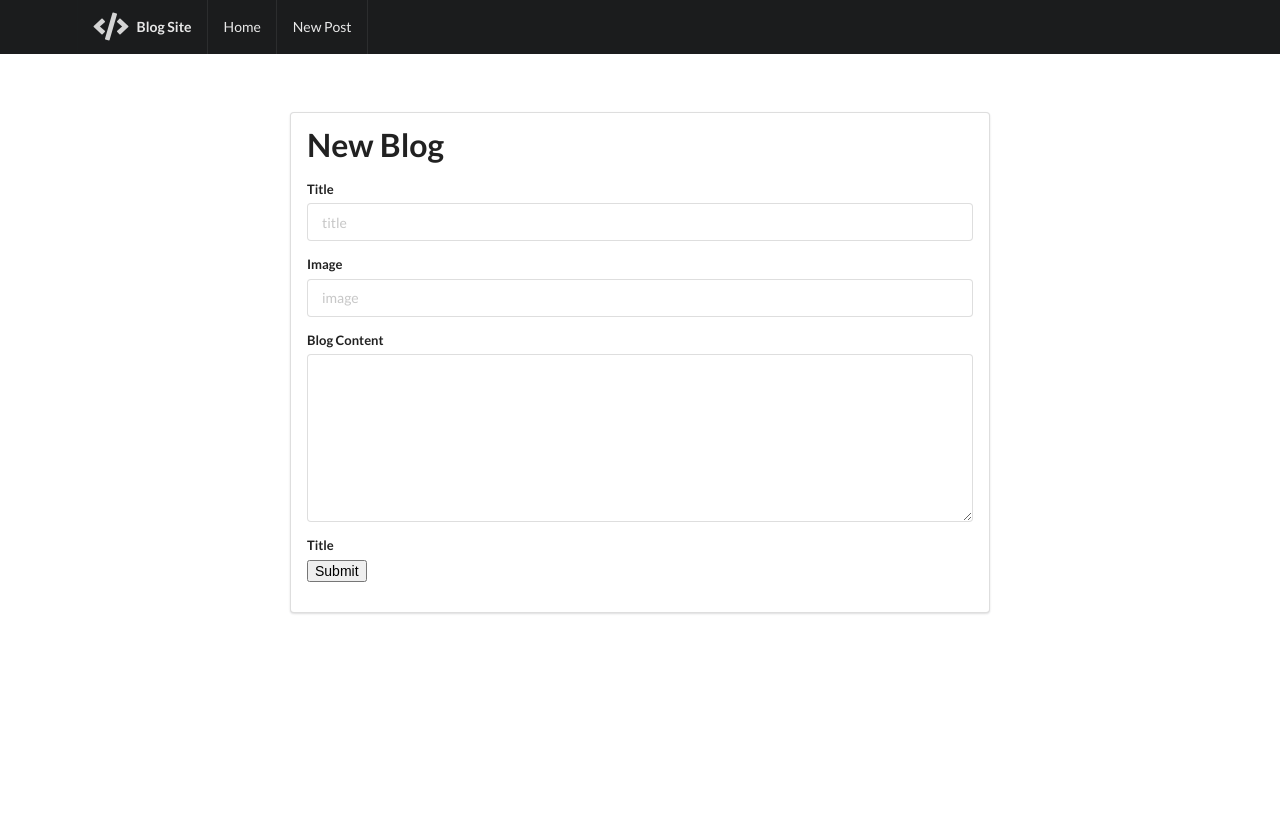
Repository: Bhitt/Cloud9_Projects
Page: http://localhost/blogs/new
The author's editor kept a record of every edit. The page is drawn from the files as they stood at one moment, then again after the next edit.
The browser window is 1280 px wide. The pictures show the whole page.
Some web libraries are served in a nearby version. The page is served by the project's Node server (RESTful Routing/RESTfulBlogApp/app.js).

Above is the page before.

### webdevbootcamp/workspace/RESTful Routing/RESTfulBlogApp/views/new.ejs
<% include ./partials/header %>

<div class="ui main text container segment">
    <div class="ui huge header">New Blog</div>
    <form class="ui form" action="/blogs" method="POST">
        <div class="field">
            <label>Title</label>
            <input type="text" name="blog[title]" placeholder="title">
        </div>
        <div class="field">
            <label>Image</label>
            <input type="text" name="blog[image]" placeholder="image">
        </div>
        <div class="field">
            <label>Blog Content</label>
            <textarea name="blog[body]"></textarea>
        </div>
        <div class="field">
            <label>Title</label>
            <input type="submit">
        </div>
    </form>
</div>

<% include ./partials/footer %>

### webdevbootcamp/workspace/RESTful Routing/RESTfulBlogApp/views/partials/header.ejs
<html>
    <head>
        <title>Blog App</title>
        <link rel="stylesheet" type="text/css" href="https://cdnjs.cloudflare.com/ajax/libs/semantic-ui/2.2.11/semantic.min.css">
        <link rel="stylesheet" type="text/css" href="/stylesheets/app.css">

    </head>
    <body>
        <div class="ui fixed inverted menu">
            <div class="ui container">
                <div class="header item"><i class="code icon"></i>Blog Site</div>
                <a href="/" class="item">Home</a>
                <a href="/blogs/new" class="item">New Post</a>
            </div>
        </div>

### webdevbootcamp/workspace/RESTful Routing/RESTfulBlogApp/app.js
var bodyParser  = require("body-parser"),
    methodOverride = require("method-override"),
    expressSanitizer = require("express-sanitizer"),
    mongoose    = require("mongoose"),
    express     = require("express"),
    app         = express();

//APP CONFIG
mongoose.connect("mongodb://localhost/restful_blog_app");
app.set("view engine", "ejs");
app.use(express.static("public"));
app.use(bodyParser.urlencoded({extended: true}));
app.use(expressSanitizer());
app.use(methodOverride("_method"));

//MONGOOSE/MODEL CONFIG
var blogSchema = new mongoose.Schema({
    title: String,
    image: String,
    body: String,
    created: {type: Date, default: Date.now}
});
var Blog = mongoose.model("Blog", blogSchema);

//FOR TESTING PURPOSES
    // Blog.create({
    //     title: "Test Blog",
    //     image: "https://source.unsplash.com/3l3RwQdHRHg",
    //     body: "HELLO THIS IS A BLOG POST!"
    // });

//RESTful ROUTES
app.get("/", function(req, res){
    res.redirect("/blogs");
});

// INDEX ROUTE
app.get("/blogs", function(req, res){
    Blog.find({}, function(err, blogs){
        if(err){
            console.log("ERROR!");
            console.log(err);
        }else{
            res.render("index", {blogs:blogs});
        }
    });
});

//NEW ROUTE
app.get("/blogs/new", function(req, res){
    res.render("new");
});

//CREATE ROUTE
app.post("/blogs", function(req, res){
   //create blog
        //first sanitize body input
   req.body.blog.body = req.sanitize(req.body.blog.body);
   Blog.create(req.body.blog, function(err, newBlog){
       if(err){
           res.render("new");
       }else{
           res.redirect("/blogs");
       }
   });
});

//SHOW ROUTE
app.get("/blogs/:id", function(req, res){
   Blog.findById(req.params.id, function(err, foundBlog){
      if(err){
          res.redirect("/blogs");
      }else{
          res.render("show", {blog:foundBlog});
      }
   });
});

//EDIT ROUTE
app.get("/blogs/:id/edit", function(req, res){
    Blog.findById(req.params.id, function(err, foundBlog){
       if(err){
           res.redirect("/blogs");
       } else {
           res.render("edit", {blog: foundBlog});
       }
    });
});

//UPDATE ROUTE
app.put("/blogs/:id", function(req, res){
    //first sanitize body input
    req.body.blog.body = req.sanitize(req.body.blog.body);
    Blog.findByIdAndUpdate(req.params.id, req.body.blog, function(err, updatedBlog){
       if(err){
           res.redirect("/blogs");
       } else {
           res.redirect("/blogs/" + req.params.id);
       }
    });
});

//DELETE ROUTE
app.delete("/blogs/:id", function(req, res){
    //destroy blog
    Blog.findByIdAndRemove(req.params.id, function(err){
        if(err){
            res.redirect("/blogs");
        } else {
            //redirect somewhere
            res.redirect("/blogs");
        }
    });
});

//SERVER START
app.listen(process.env.PORT, process.env.IP, function(){
    console.log("SERVER IS RUNNING");
});

### webdevbootcamp/workspace/RESTful Routing/RESTfulBlogApp/public/stylesheets/app.css
i.icon {
    font-size: 2em;
}

.container.main {
    margin-top: 7.0em;
}

Loaded but not shown: webdevbootcamp/workspace/RESTful Routing/RESTfulBlogApp/views/partials/footer.ejs (common file)

After the next edit:
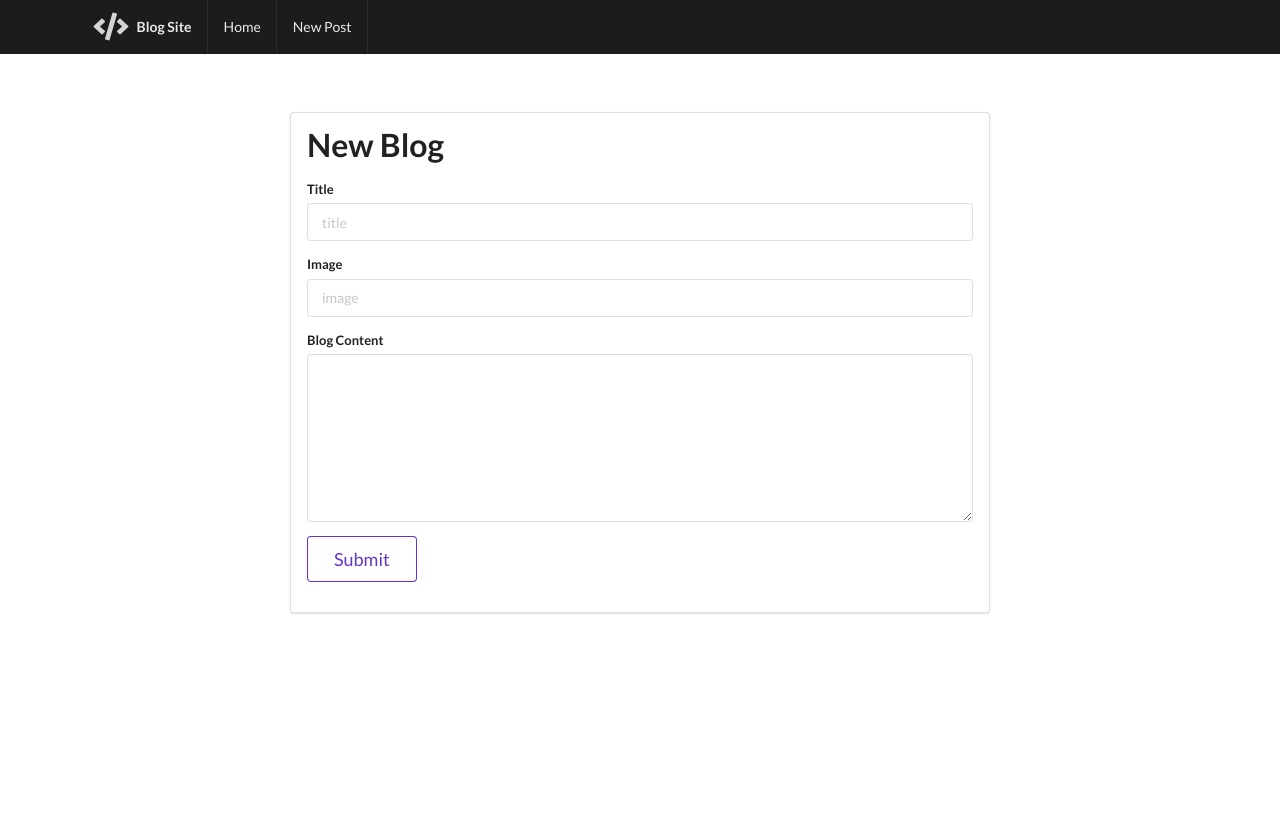
The edit:
--- a/webdevbootcamp/workspace/RESTful Routing/RESTfulBlogApp/views/new.ejs
+++ b/webdevbootcamp/workspace/RESTful Routing/RESTfulBlogApp/views/new.ejs
@@ -15,10 +15,7 @@
             <label>Blog Content</label>
             <textarea name="blog[body]"></textarea>
         </div>
-        <div class="field">
-            <label>Title</label>
-            <input type="submit">
-        </div>
+        <input class="ui violet big basic button" type="submit">
     </form>
 </div>
 
